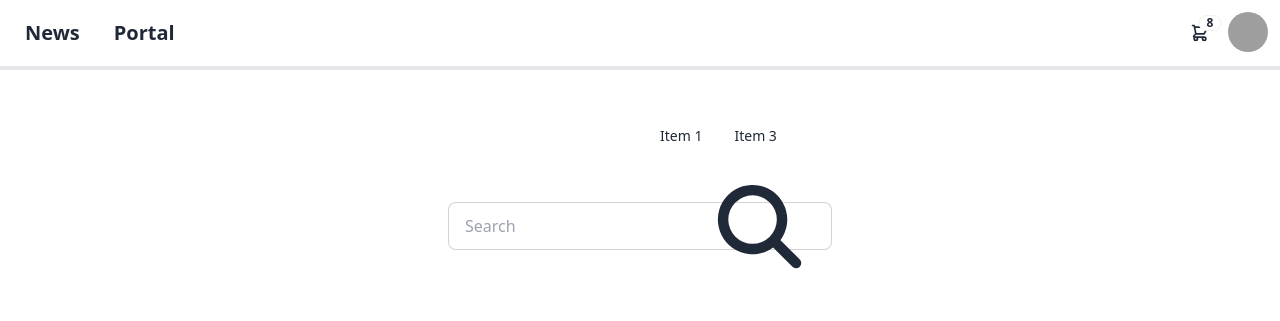
Repository: RudrasahaDibos/news-portal
Page: index.html
These files come from the project's save history. The page is drawn as it stood at one moment and after the next save; the edit follows.
The browser window is 1280 px wide. The pictures show the whole page.
Pictures or frames that could not be fetched are drawn as grey boxes. Some web libraries are served in a nearby version.

Above is the page before, as saved 2024-11-23 15:02:43.

After the next save:
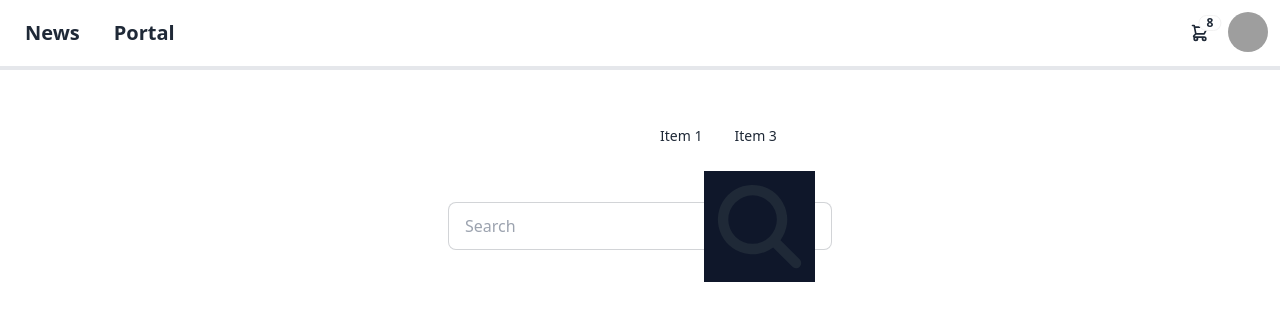
Saved 4 s later.
--- a/index.html
+++ b/index.html
@@ -125,7 +125,7 @@
             <label class="input input-bordered flex items-center gap-2 mt-8 w-96  mx-auto ">
                 <input type="text" class="grow" placeholder="Search" />
                 <svg
-                class="b-"
+                class="bg-slate-900"
                   xmlns="http://www.w3.org/2000/svg"
                   viewBox="0 0 16 16"
                   fill="currentColor"
